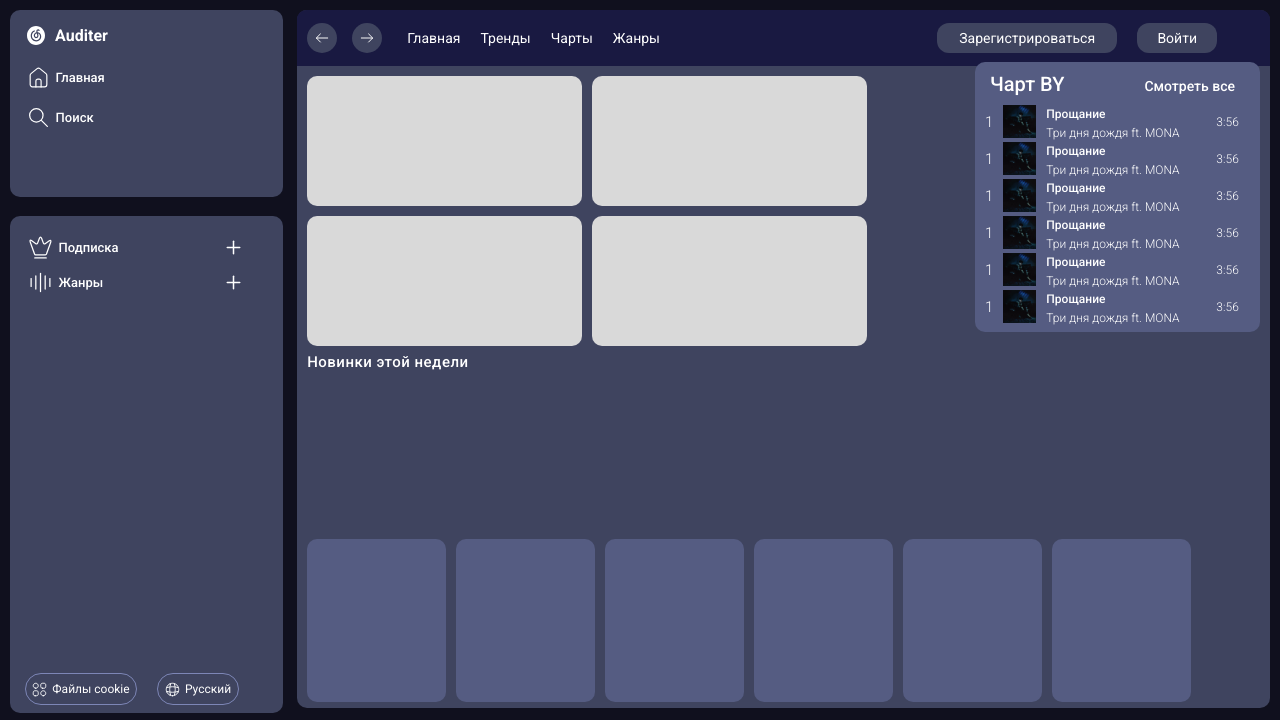
Repository: MaksimKrupkin/music_app
Page: /
These files come from the project's save history. The page is drawn as it stood at one moment and after the next save; the edit follows.
The browser window is 1280 px wide. The pictures show the whole page.
The project was rebuilt for these pictures with package versions that can differ from the ones it lists, and the page was loaded fresh each time. Also part of the build but not shown: vite.config.ts.

Above is the page before, as saved 2024-02-22 22:42:41.

### index.html
<!DOCTYPE html>
<html lang="en">
  <head>
    <link rel="preconnect" href="https://fonts.googleapis.com" />
    <link rel="preconnect" href="https://fonts.gstatic.com" crossorigin />
    <link
      href="https://fonts.googleapis.com/css2?family=Roboto:ital,wght@0,100;0,300;0,400;0,500;0,700;0,900;1,100;1,300;1,400;1,500;1,700;1,900&display=swap"
      rel="stylesheet" />

    <meta charset="UTF-8" />
    <link rel="icon" type="image/svg+xml" href="/vite.svg" />
    <meta name="viewport" content="width=device-width, initial-scale=1.0" />
    <title>Auditer</title>
  </head>
  <body>
    <div id="root"></div>
    <script type="module" src="/src/main.tsx"></script>
  </body>
</html>

### src/App.tsx
import React from 'react';
import './App.scss';
import MainPage_demo from './Pages/MainPage_demo/MainPage_demo';
function App() {
  return (
    <div>
      <MainPage_demo />
    </div>
  );
}

export default App;

### src/App.scss
* {
  margin: 0;
  padding: 0;
  border: 0;
  vertical-align: baseline;
  font-family: 'Roboto', sans-serif;
}
a,
a:link,
a:visited {
  text-decoration: none;
}
input:focus,
input:active,
button:focus,
button:active {
  outline: none;
}

### src/Pages/MainPage_demo/MainPage_demo.tsx
import React from 'react';
import styles from './MainPage_demo.module.scss';
import HigherSidebar from '../../Components/HigherSidebar/HigherSidebar';
import MainScreen from '../../Components/MainScreen/MainScreen';
import LowerSidebar from '../../Components/LowerSidebar/LowerSidebar';

export default function MainPage_demo() {
  return (
    <div className={styles.wrapper}>
      <HigherSidebar />
      <LowerSidebar />
      <MainScreen />
    </div>
  );
}

### src/Pages/MainPage_demo/MainPage_demo.module.scss
.wrapper {
  box-sizing: border-box;
  width: 100vw;
  height: 100vh;
  background-color: #10101e;
  color: white;
}

### src/Components/HigherSidebar/HigherSidebar.tsx
import React from 'react';
import styles from './HigherSidebar.module.scss';
import logo from '../../assets/img/logo.svg';
import home from '../../assets/img/home.svg';
import search from '../../assets/img/Search.svg';

export default function HigherSidebar() {
  return (
    <aside className={styles.higherSidebar}>
      <div className={styles.logo_wrapper}>
        <img className={styles.logo} src={logo} alt="Лого" />
        <strong className={styles.logo_text}>Auditer</strong>
      </div>
      <a className={styles.link_wrapper}>
        <img className={styles.img} src={home} alt="" />
        <span className={styles.text}>Главная</span>
      </a>
      <a className={styles.link_wrapper}>
        <img className={styles.img} src={search} alt="" />
        <span className={styles.text}>Поиск</span>
      </a>
    </aside>
  );
}

### src/Components/MainScreen/MainScreen.tsx
import React from 'react';
import styles from './MainScreen.module.scss';
import MainScreenHeader from '../MainScreenHeader/MainScreenHeader';
import Charts from './Charts/Charts';
import Card from '../Card/Card';

export default function MainScreen() {
  return (
    <main className={styles.main}>
      <MainScreenHeader />
      <div className={styles.blocks}>
        <div className={styles.block}></div>
        <div className={styles.block}></div>
        <div className={styles.block}></div>
        <div className={styles.block}></div>
      </div>
      <Charts />
      <h2 className={styles.title}>Новинки этой недели</h2>
      <div className={styles.cards}>
        <Card />
        <div className={styles.card}></div>
        <div className={styles.card}></div>
        <div className={styles.card}></div>
        <div className={styles.card}></div>
        <div className={styles.card}></div>
      </div>
    </main>
  );
}

### src/Components/LowerSidebar/LowerSidebar.tsx
import React from 'react';
import styles from './LowerSidebar.module.scss';
import subscribe from '../../assets/img/subscribe.svg';
import plus from '../../assets/img/add.svg';
import genres from '../../assets/img/genres.svg';
import cookie from '../../assets/img/cookie.svg';
import language from '../../assets/img/language.svg';

export default function LowerSidebar() {
  return (
    <aside className={styles.lowerSidebar}>
      <div className={styles.link_wrapper}>
        <img className={styles.img} src={subscribe} alt="" />
        <span className={styles.text}>Подписка</span>
        <div className={styles.plus_wrapper}>
          <img className={styles.plus} src={plus} alt="" />
        </div>
      </div>
      <div className={styles.link_wrapper}>
        <img className={styles.img} src={genres} alt="" />
        <span className={styles.text}>Жанры</span>
        <div className={styles.plus_wrapper}>
          <img className={styles.plus} src={plus} alt="" />
        </div>
      </div>
      <div className={styles.bottom_elements}>
        <div className={styles.cookies_wrapper}>
          <img className={styles.img} src={cookie} alt="" />
          <span className={styles.text}>Файлы cookie</span>
        </div>
        <div className={styles.language_wrapper}>
          <img className={styles.img} src={language} alt="" />
          <span className={styles.text}>Русский</span>
        </div>
      </div>
    </aside>
  );
}

### src/Components/HigherSidebar/HigherSidebar.module.scss
.higherSidebar {
  position: fixed;
  top: 0;
  box-sizing: border-box;
  display: flex;
  flex-direction: column;
  align-items: start;
  gap: 15px;
  width: 21.3%;
  height: 26%;
  margin: 10px;
  border-radius: 10px;
  background-color: #3f445f;
  padding-top: 16px;
  padding-left: 18.6px;
}

.logo_wrapper {
  box-sizing: border-box;
  margin-left: -2px;
  display: flex;
  flex-direction: row;
  justify-content: space-between;
  gap: 5px;
  align-items: center;
  width: 32%;
  margin-bottom: 5px;
}
.logo {
  width: 18.63px;
  height: 18.63px;
}
.logo_text {
  color: #fff;
  font-size: 16px;
  font-style: normal;
  font-weight: 600;
  line-height: normal;
}
.link_wrapper {
  margin-left: -3px;
  display: flex;
  align-items: center;
  gap: 5px;
  cursor: pointer;
  .img {
    width: 25px;
    height: 25px;
  }
  .text {
    font-size: 13px;
    font-weight: 500;
    transition: all 0.2s ease-in;
  }
  .text:hover {
    color: rgb(205, 205, 226);
  }
}

### src/Components/MainScreen/MainScreen.module.scss
.main {
  box-sizing: border-box;
  position: fixed;
  top: 0;
  right: 0;
  margin: 10px;
  background-color: #3f445f;
  width: 76%;
  height: 97%;
  border-radius: 10px;
}
.blocks {
  margin-top: 10px;
  margin-left: 10px;
  width: 560px;
  display: flex;
  flex-wrap: wrap;
  gap: 10px;
  justify-content: space-between;
  align-items: center;
  margin-bottom: 7px;
}
.block {
  width: 275px;
  height: 130px;
  background-color: #d9d9d9;
  border-radius: 10px;
}

.title {
  margin-left: 10px;
  font-size: 15px;
  font-weight: 500;
  letter-spacing: 0.5px;
}
.cards {
  position: inherit;
  bottom: 8px;
  margin: 10px;
  display: flex;
  align-items: center;
  gap: 10px;
  width: 100%;
}
.card {
  width: 139px;
  height: 163px;
  background-color: #555c82;
  border-radius: 10px;
}

### src/Components/MainScreenHeader/MainScreenHeader.tsx
import React from 'react';
import styles from './MainScreenHeader.module.scss';
import leftArrow from '../../assets/img/leftArrow.svg';
import rightArrow from '../../assets/img/rightArrow.svg';

export default function MainScreenHeader() {
  return (
    <header className={styles.header}>
      <div className={styles.arrows}>
        <div className={styles.wrapper}>
          <img src={leftArrow} className={styles.arrow} alt="" />
        </div>
        <div className={styles.wrapper}>
          <img className={styles.arrow} src={rightArrow} alt="" />
        </div>
      </div>
      <nav className={styles.navigation}>
        <ul>
          <li>
            <a className={styles.link}>Главная</a>
          </li>
          <li>
            <a className={styles.link}>Тренды</a>
          </li>
          <li>
            <a className={styles.link}>Чарты</a>
          </li>
          <li>
            <a className={styles.link}>Жанры</a>
          </li>
        </ul>
      </nav>
      <div className={styles.buttons}>
        <a className={styles.button_wrapper}>
          <span className={styles.text}>Зарегистрироваться</span>
        </a>
        <a className={styles.button_wrapper}>
          <span className={styles.text}>Войти</span>
        </a>
      </div>
    </header>
  );
}

### src/Components/MainScreen/Charts/Charts.tsx
import React from 'react';
import styles from './Charts.module.scss';
import image1 from '../../../assets/img/image.png';

export default function Charts() {
  return (
    <section className={styles.charts}>
      <h2 className={styles.title}>Чарт BY</h2>
      <a className={styles.link}>Смотреть все</a>
      <div className={styles.track_wrapper}>
        <span className={styles.position}>1</span>
        <img className={styles.image} src={image1} alt="" />
        <div className={styles.info}>
          <span className={styles.title}>Прощание</span>
          <span className={styles.author}>Три дня дождя ft. MONA</span>
        </div>
        <span className={styles.duration}>3:56</span>
      </div>
      <div className={styles.track_wrapper}>
        <span className={styles.position}>1</span>
        <img className={styles.image} src={image1} alt="" />
        <div className={styles.info}>
          <span className={styles.title}>Прощание</span>
          <span className={styles.author}>Три дня дождя ft. MONA</span>
        </div>
        <span className={styles.duration}>3:56</span>
      </div>
      <div className={styles.track_wrapper}>
        <span className={styles.position}>1</span>
        <img className={styles.image} src={image1} alt="" />
        <div className={styles.info}>
          <span className={styles.title}>Прощание</span>
          <span className={styles.author}>Три дня дождя ft. MONA</span>
        </div>
        <span className={styles.duration}>3:56</span>
      </div>
      <div className={styles.track_wrapper}>
        <span className={styles.position}>1</span>
        <img className={styles.image} src={image1} alt="" />
        <div className={styles.info}>
          <span className={styles.title}>Прощание</span>
          <span className={styles.author}>Три дня дождя ft. MONA</span>
        </div>
        <span className={styles.duration}>3:56</span>
      </div>
      <div className={styles.track_wrapper}>
        <span className={styles.position}>1</span>
        <img className={styles.image} src={image1} alt="" />
        <div className={styles.info}>
          <span className={styles.title}>Прощание</span>
          <span className={styles.author}>Три дня дождя ft. MONA</span>
        </div>
        <span className={styles.duration}>3:56</span>
      </div>
      <div className={styles.track_wrapper}>
        <span className={styles.position}>1</span>
        <img className={styles.image} src={image1} alt="" />
        <div className={styles.info}>
          <span className={styles.title}>Прощание</span>
          <span className={styles.author}>Три дня дождя ft. MONA</span>
        </div>
        <span className={styles.duration}>3:56</span>
      </div>
    </section>
  );
}

### src/Components/Card/Card.tsx
import React from 'react';
import styles from './Card.module.scss';

export default function Card() {
  return <div className={styles.card}></div>;
}

### src/Components/LowerSidebar/LowerSidebar.module.scss
.lowerSidebar {
  position: fixed;
  top: 30%;
  box-sizing: border-box;
  display: flex;
  flex-direction: column;
  align-items: space-between;
  gap: 5px;
  width: 21.3%;
  height: 69%;
  margin: 10px;
  margin-top: 0;
  border-radius: 10px;
  background-color: #3f445f;
  padding-top: 16px;
  padding-left: 20.6px;
  padding-right: 18.6px;
}
.link_wrapper {
  margin-left: -3px;
  display: flex;
  align-items: center;
  gap: 5px;
  cursor: pointer;
  .img {
    width: 25px;
    height: 25px;
  }
  .text {
    font-size: 13px;
    font-weight: 500;
    transition: all 0.2s ease-in;
    width: 155px;
    margin-left: 1px;
  }
  .text:hover {
    color: rgb(205, 205, 226);
  }
  .plus_wrapper {
    display: flex;
    align-items: center;
    justify-content: center;
    width: 30px;
    height: 30px;
    border-radius: 50%;
    transition: all 0.2s ease-in-out;
    .plus {
      margin: 0;
      padding: 0;
      width: 25px;
      height: 25px;
      border-radius: 50%;
    }
  }
  .plus_wrapper:hover {
    background-color: #484d69;
  }
}

.bottom_elements {
  position: inherit;
  bottom: 15px;
  left: 25px;
  display: flex;
  align-items: center;
  gap: 20px;
  .cookies_wrapper {
    border: 1.5px solid #7d86b6;
    border-radius: 25px;
    padding: 5px;
    width: 100px;
    height: 20px;
    display: flex;
    justify-content: center;
    gap: 5px;
    align-items: center;
    transition: all 0.2s ease-out;
    cursor: pointer;
  }
  .cookies_wrapper:hover {
    border: 1.5px solid white;
  }
  .language_wrapper {
    border: 1.5px solid #7d86b6;
    border-radius: 25px;
    padding: 5px;
    width: 70px;
    height: 20px;
    display: flex;
    gap: 5px;
    align-items: center;
    justify-content: center;
    transition: all 0.2s ease-out;
    cursor: pointer;
  }
  .language_wrapper:hover {
    border: 1.5px solid white;
  }
  .img {
    width: 15px;
  }
  .text {
    font-size: 12px;
  }
}

### src/Components/MainScreenHeader/MainScreenHeader.module.scss
.header {
  box-sizing: border-box;
  width: 100%;
  height: 8%;
  border-top-right-radius: 9px;
  border-top-left-radius: 9px;
  background-color: #191941;
  display: flex;
  align-items: center;
  padding: 5px;
  padding-left: 10px;
}
.arrows {
  width: 75px;
  display: flex;
  align-items: center;
  justify-content: space-between;
  .wrapper {
    width: 30px;
    height: 30px;
    border-radius: 50%;
    background-color: #3f445f;
    display: flex;
    justify-content: center;
    align-items: center;
    transition: all 0.2s ease-in;
  }
  .wrapper:hover {
    background-color: #4a4f6c;
  }
  .arrow {
    width: 16px;
  }
}

.navigation {
  width: 500px;
  display: flex;
  align-items: center;
  margin-left: 25px;
  ul {
    list-style-type: none;
    display: flex;
    align-items: center;
    gap: 20px;
  }
  .link {
    font-size: 14px;
    cursor: pointer;
    transition: all 0.2s ease-in;
  }
  .link:hover {
    color: rgb(224, 217, 217);
  }
}

.buttons {
  width: 300px;
  margin-left: 30px;
  display: flex;
  align-items: center;
  gap: 10px;
  font-size: 14px;
  .button_wrapper:first-child {
    display: flex;
    justify-content: center;
    align-items: center;
    background-color: #3f445f;
    height: 30px;
    width: 180px;
    border-radius: 12px;
    margin-right: 10px;
  }
  .button_wrapper:last-child {
    display: flex;
    justify-content: center;
    align-items: center;
    background-color: #3f445f;
    height: 30px;
    width: 80px;
    border-radius: 12px;
  }
}

### src/Components/MainScreen/Charts/Charts.module.scss
.charts {
  position: inherit;
  box-sizing: border-box;
  top: 62px;
  right: 20px;
  width: 285px;
  height: 270px;
  background-color: #555c82;
  border-radius: 10px;

  padding-top: 10px;
  .title {
    font-size: 20px;
    font-weight: 500;
    display: inline-block;
    margin-right: 80px;
    margin-left: 15px;
  }
  .link {
    display: inline-block;
    font-weight: 500;
    font-size: 14px;
    margin-bottom: 12px;
    cursor: pointer;
  }
  .track_wrapper {
    box-sizing: border-box;
    width: 100%;
    height: 33px;
    margin-bottom: 4px;
    padding-bottom: 2px;
    display: flex;
    align-items: center;
    cursor: pointer;
    transition: all 0.2s ease-in;
    .position {
      font-weight: 300;
      font-size: 15px;
      margin-right: 10px;
      margin-left: 10px;
    }
    .image {
      width: 33px;
      height: 33px;
    }
    .info {
      width: 150px;
      margin-right: 30px;
    }
    .title {
      font-size: 12px;
      margin-left: 10px;
      font-weight: 500;
    }
    .author {
      font-size: 12px;
      margin-left: 10px;
      font-weight: 300;
    }
    .duration {
      font-size: 12px;
      font-weight: 300;
    }
  }
  .track_wrapper:hover {
    background-color: #63698c;
  }
}

### src/Components/Card/Card.module.scss
.card {
  width: 139px;
  height: 163px;
  background-color: #555c82;
  border-radius: 10px;
}

Loaded but not shown: src/main.tsx (common file)

After the next save:
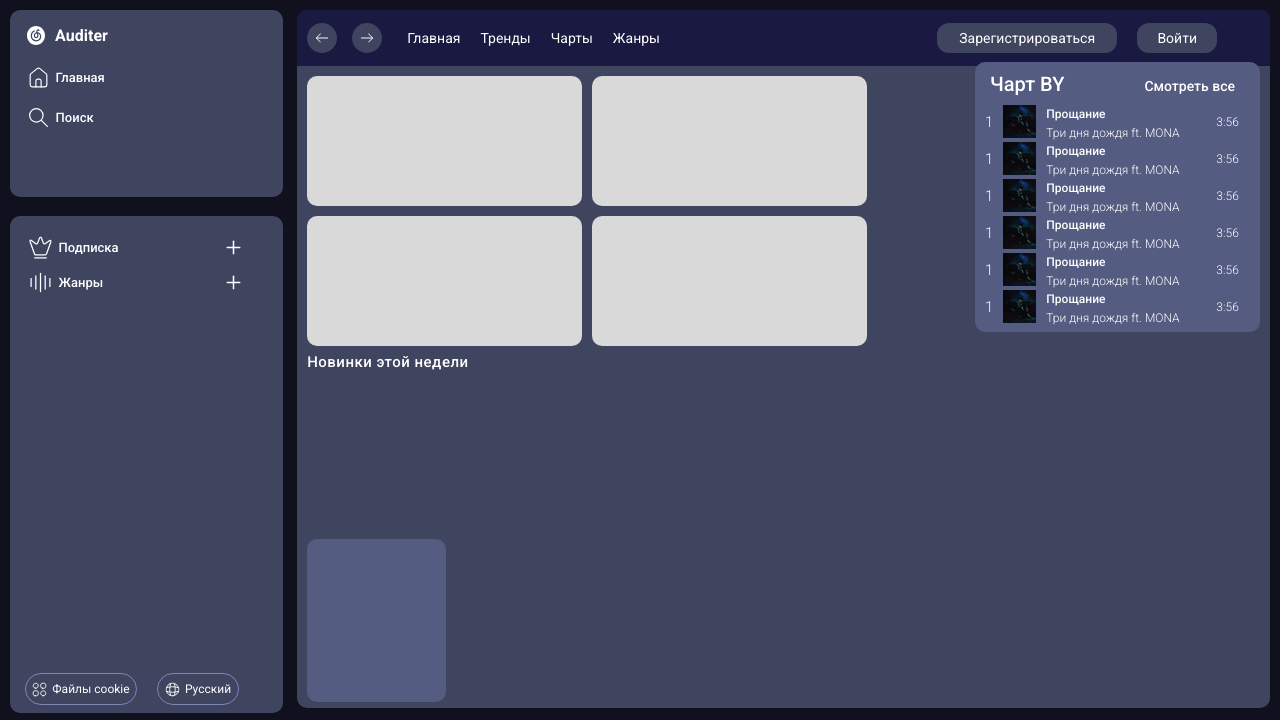
Saved 7 s later.
--- a/src/Components/MainScreen/MainScreen.tsx
+++ b/src/Components/MainScreen/MainScreen.tsx
@@ -18,11 +18,6 @@
       <h2 className={styles.title}>Новинки этой недели</h2>
       <div className={styles.cards}>
         <Card />
-        <div className={styles.card}></div>
-        <div className={styles.card}></div>
-        <div className={styles.card}></div>
-        <div className={styles.card}></div>
-        <div className={styles.card}></div>
       </div>
     </main>
   );

After the save that followed:
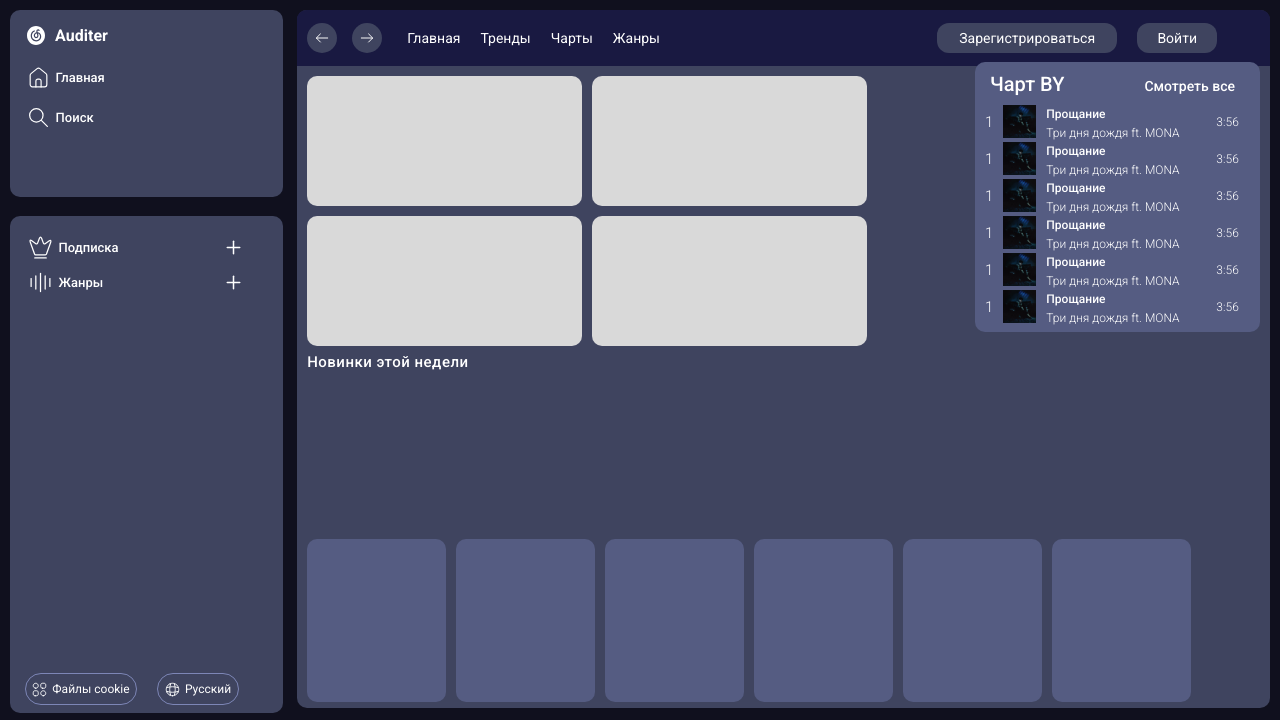
Saved 5 s later.
--- a/src/Components/MainScreen/MainScreen.tsx
+++ b/src/Components/MainScreen/MainScreen.tsx
@@ -18,6 +18,15 @@
       <h2 className={styles.title}>Новинки этой недели</h2>
       <div className={styles.cards}>
         <Card />
+        <Card />
+
+        <Card />
+
+        <Card />
+
+        <Card />
+
+        <Card />
       </div>
     </main>
   );
